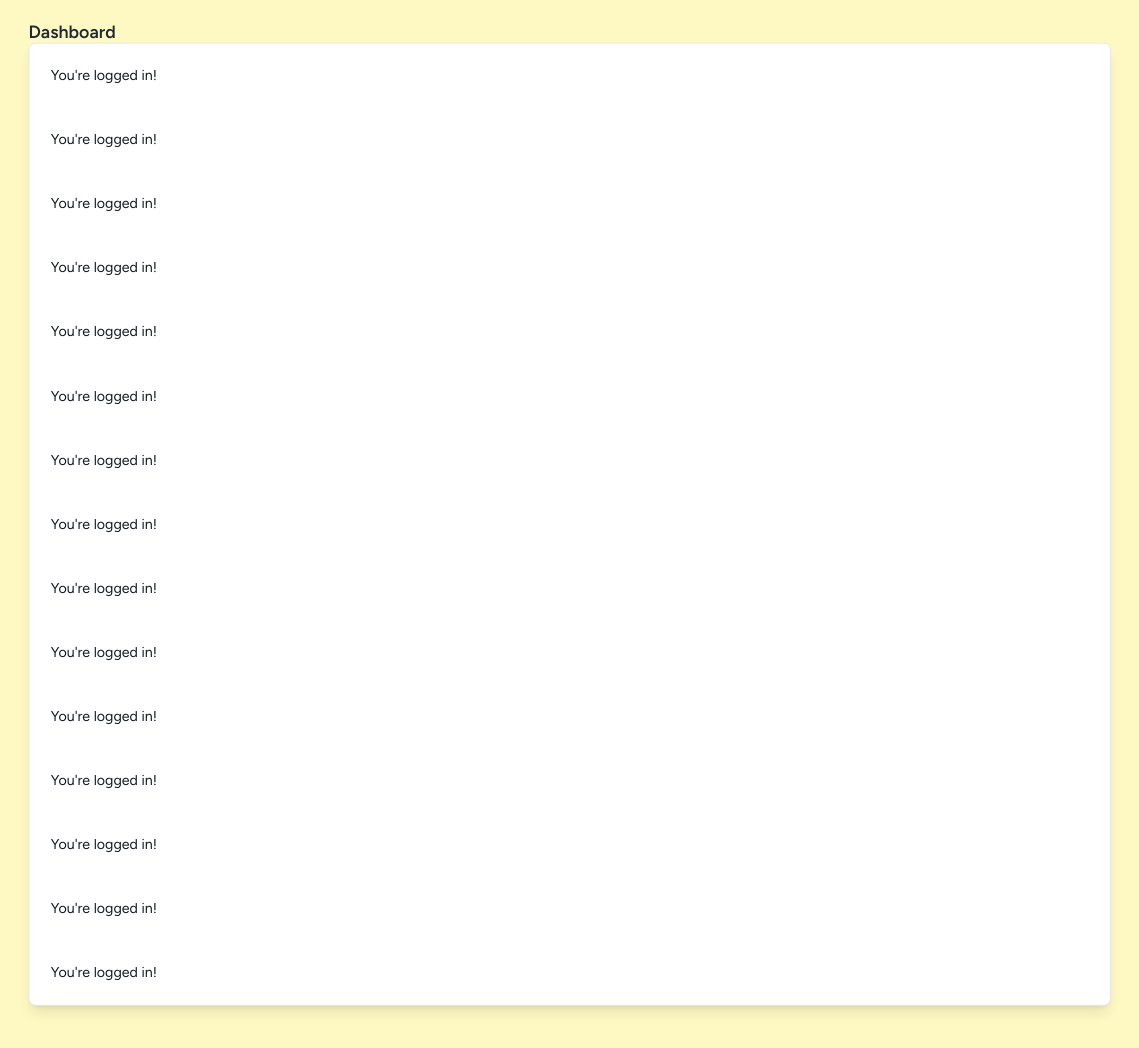
Repository: RudyAnconi/grocery
Page: resources/views/dashboard.blade.php
These files come from the project's save history. The page is drawn as it stood at one moment and after the next save; the edit follows.
The browser window is 1280 px wide. The pictures show the whole page, at 89% of full size.
The page is served by the project's Laravel application, run on PHP 8.4 with Laravel 12. Style sheets and scripts are compiled from the project's sources, by tool versions that may differ from the author's. The template is opened directly, without the code that normally fills it, so the values that code supplies are empty.

Above is the page before, as saved 2024-06-07 20:38:52.

After the next save:
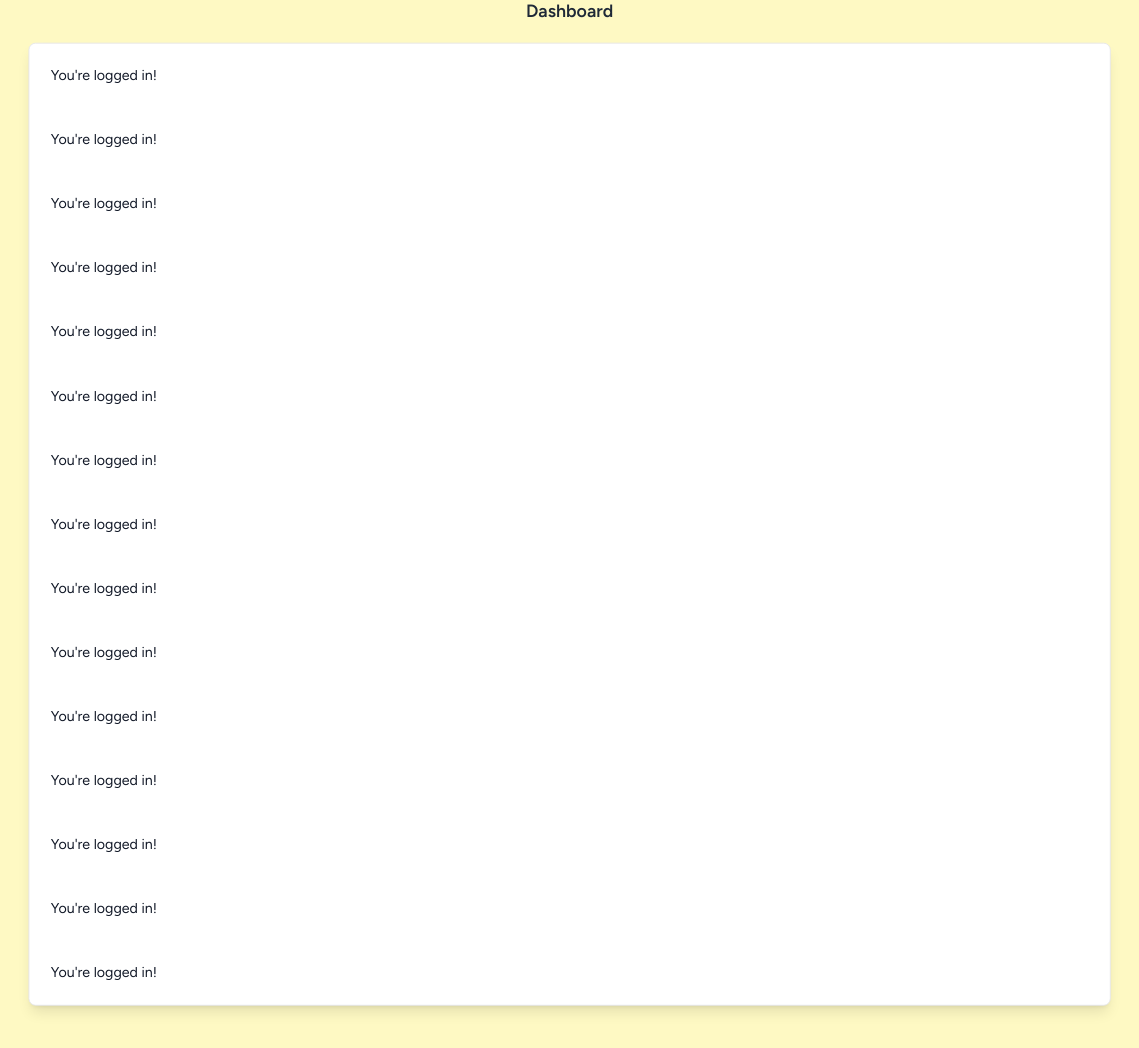
Saved 6 s later.
--- a/resources/views/dashboard.blade.php
+++ b/resources/views/dashboard.blade.php
@@ -1,6 +1,6 @@
 <x-app-layout>
     <x-slot name="header">
-        <h2 class="font-semibold text-xl text-gray-800 leading-tight text-center fixed">
+        <h2 class="font-semibold text-xl text-gray-800 leading-tight text-center fixed inset-0">
             {{ __('Dashboard') }}
         </h2>
     </x-slot>
